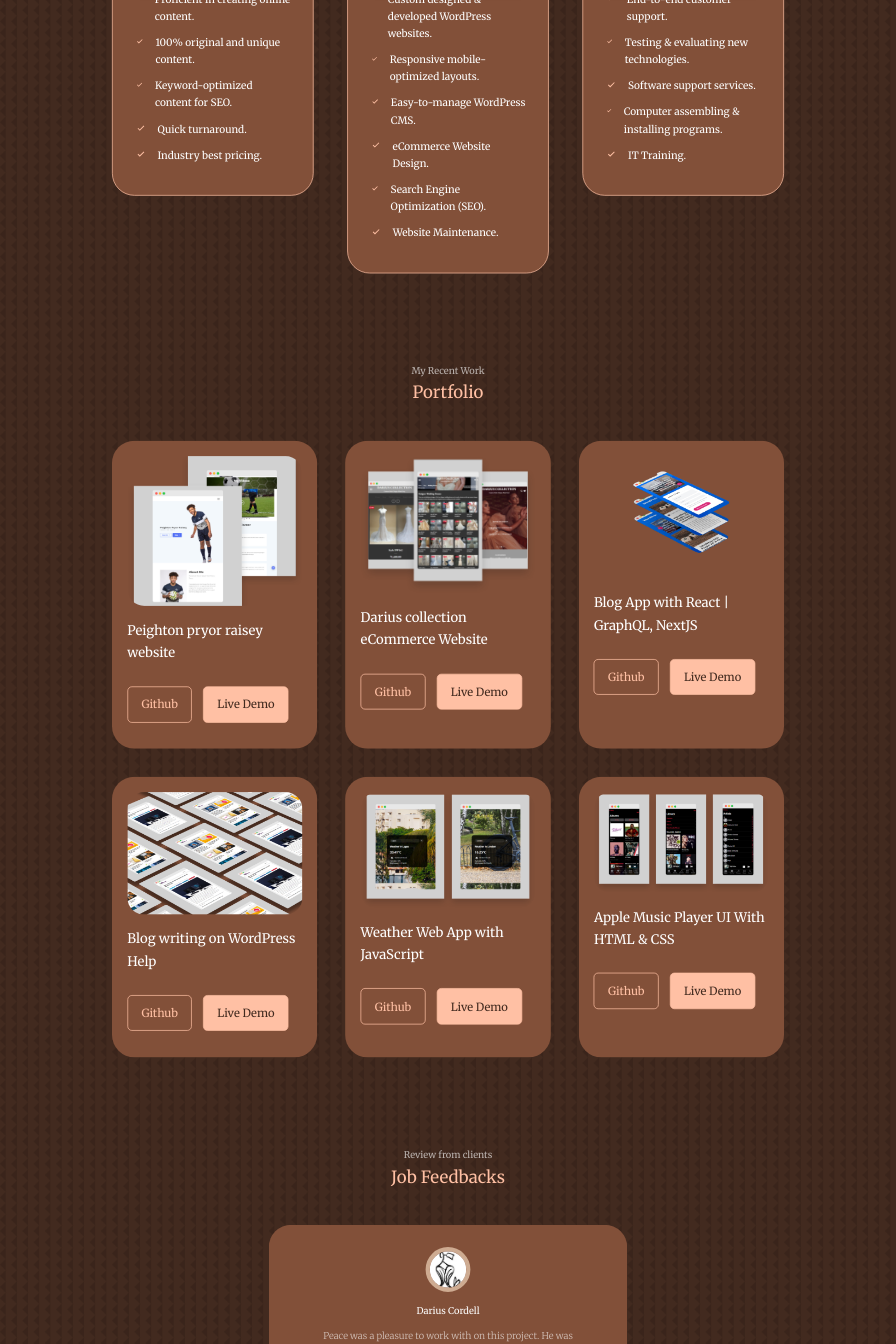
Repository: akinolapo/akinolapo-react
Page: /
These files come from the project's save history. The page is drawn as it stood at one moment and after the next save; the edit follows.
The browser window is 1280 px wide. The pictures show the part of the page from y = 2521 to 4441 px (the page is 6009 px tall), at 70% of full size.
The project was rebuilt for these pictures with package versions that can differ from the ones it lists, and the page was loaded fresh each time.

Above is the page before, as saved 2022-08-17 06:26:19.

After the next save:
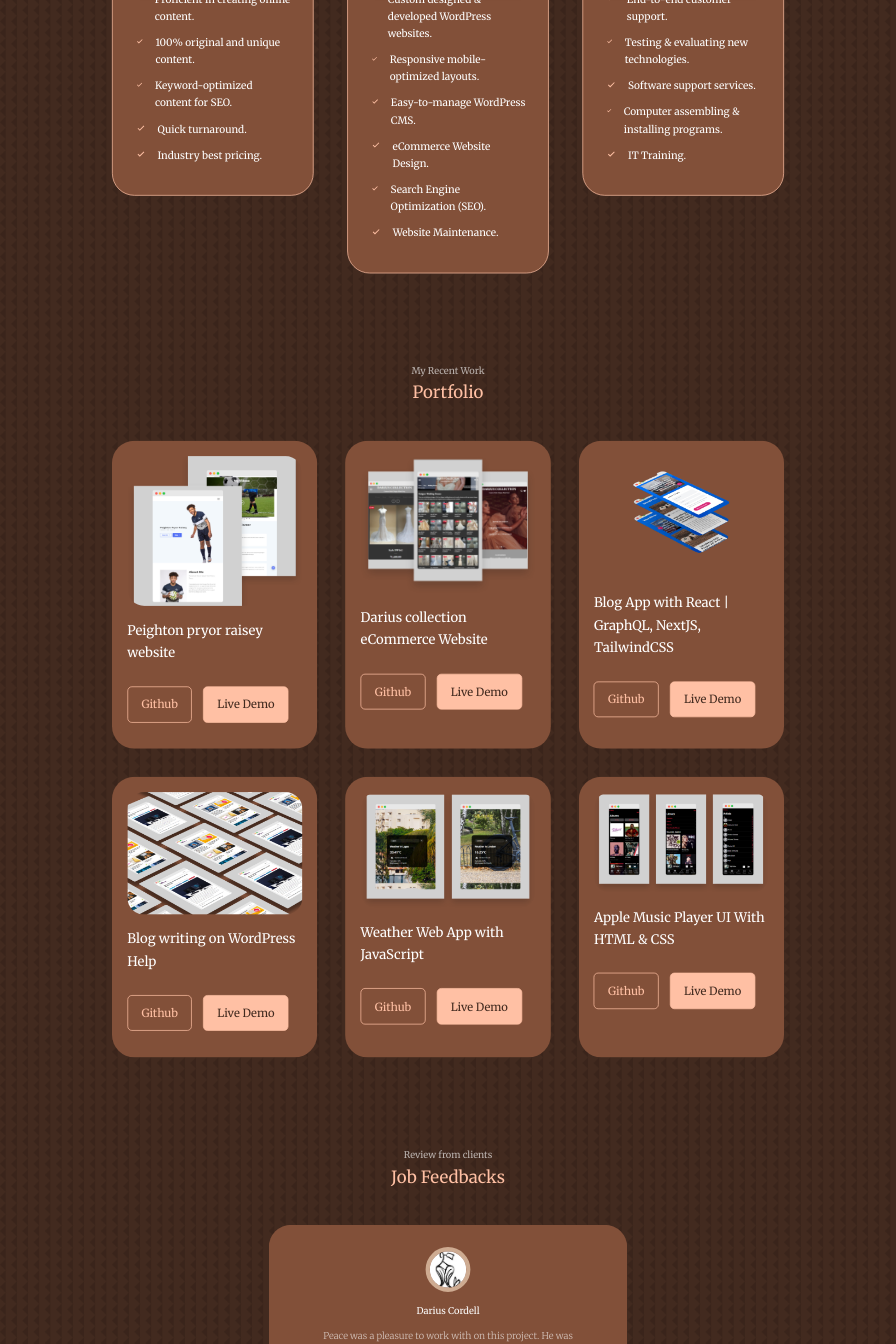
Saved 7 s later.
--- a/src/components/portfolio/portfolio.jsx
+++ b/src/components/portfolio/portfolio.jsx
@@ -21,7 +21,7 @@ const data =[
 {
   id: 3,
   image: process.env.PUBLIC_URL+`assets/portfolio3.png`,
-  title: 'Blog App with React | GraphQL, NextJS',
+  title: 'Blog App with React | GraphQL, NextJS, TailwindCSS',
   github: 'https://github.com/akinolapo',
   demo: 'https://sheffieldeyecare.co.uk'
 },
